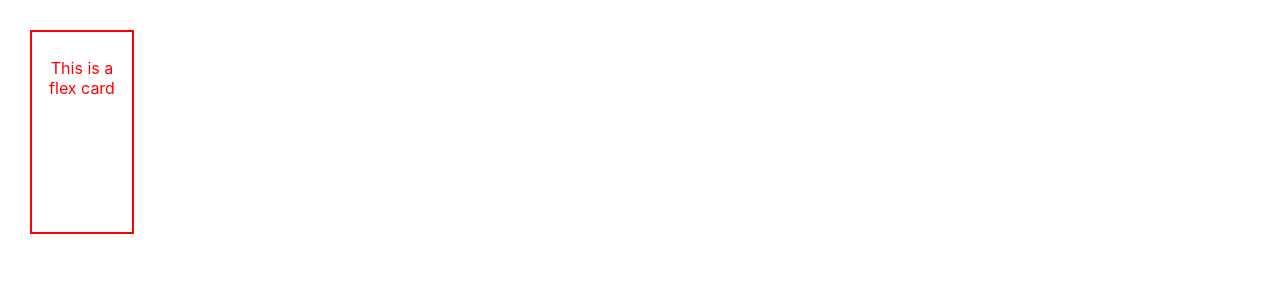
Repository: thai-shriya/anxiety-tracker
Page: /
An editor plug-in stored every save of this project. The page is shown before and after the next save, followed by the edit.
The browser window is 1280 px wide. The pictures show the whole page.
The project was rebuilt for these pictures with package versions that can differ from the ones it lists, and the page was loaded fresh each time.

Above is the page before, as saved 2024-04-22 14:25:45.

### src/App.js
import './App.css';

function App() {
  return (
    <div className='flex-card-container'>
      <p className='flex-card-text'> This is a flex card</p>
    </div>
  );
}

export default App;

### src/App.css
.flex-card-container{
  border: 2px solid red;
  width: 100px;
  height: 200px;
  margin: 30px;
}

.flex-card-text{
  color:red;
  padding: 10px;
  text-align: center;
}

Loaded but not shown: public/index.html (common file); src/index.js (common file); src/index.css (common file); src/reportWebVitals.js (common file)

After the next save:
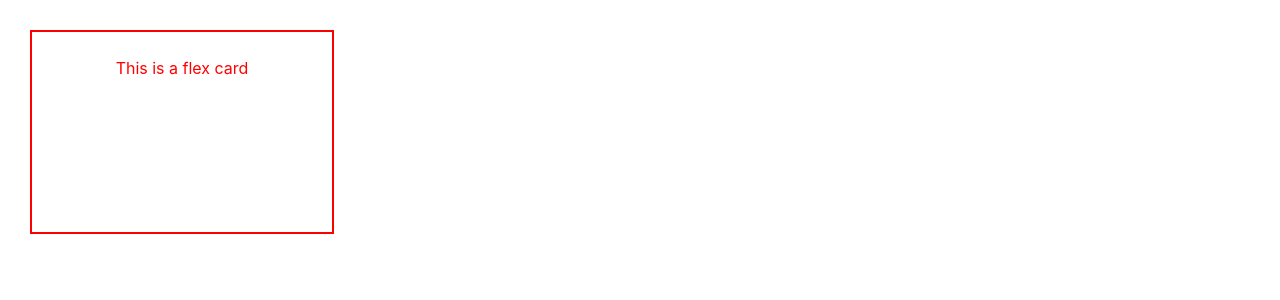
Saved 7 s later.
--- a/src/App.css
+++ b/src/App.css
@@ -1,6 +1,6 @@
 .flex-card-container{
   border: 2px solid red;
-  width: 100px;
+  width: 300px;
   height: 200px;
   margin: 30px;
 }
